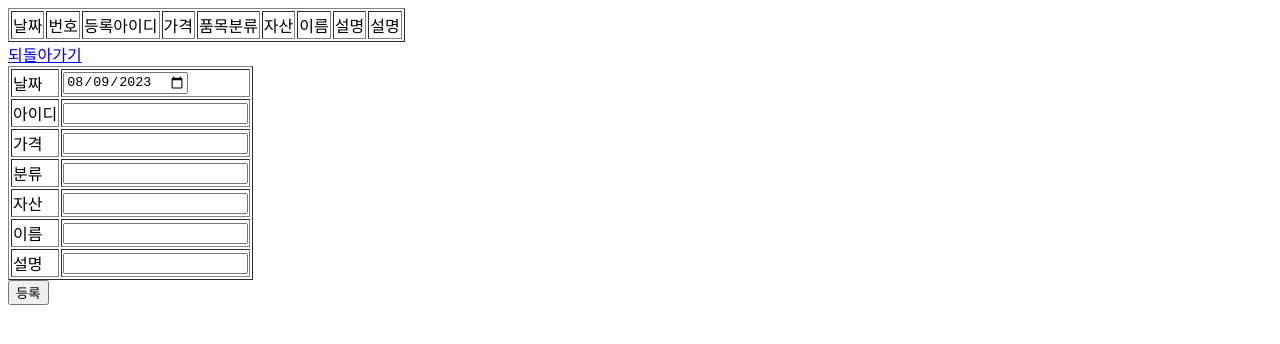
Repository: hdk8572/kh_MoneyManager
Page: http://localhost/Semi_backup/user/main
The author's editor kept a copy of each file at every save. The page is drawn from the files as they stood at one save, then again after a run of saves.
The browser window is 1280 px wide. The pictures show the whole page.
The page is served by Tomcat 9. Queries for data that is not in the repository find no rows.

Above is the page before, as saved 2023-08-10 08:06:06.

After the next 2 saves:
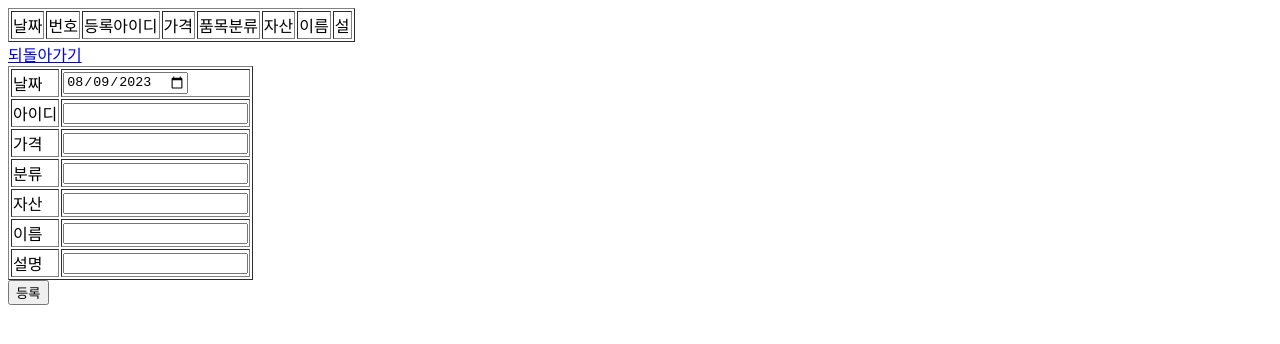
The 2 saves are shown as one change because they came seconds apart.
The last was saved 23 s later.
--- a/Semi_backup/src/main/webapp/WEB-INF/user/main.jsp
+++ b/Semi_backup/src/main/webapp/WEB-INF/user/main.jsp
@@ -19,8 +19,7 @@
 				<td>품목분류</td>
 				<td>자산</td>
 				<td>이름</td>
-				<td>설명</td>
-				<td>설명</td>
+				<td>설</td>
 			</tr>
 			<c:forEach items="${ulist}" var="ul">
 			<tr>
@@ -31,7 +30,6 @@
 				<td>${ul.category}</td>
 				<td>${ul.cashCard}</td>
 				<td>${ul.mname}</td>
-				<td>${ul.description}</td>
 				<td>${ul.description}</td>
 			</tr>
 			</c:forEach>
